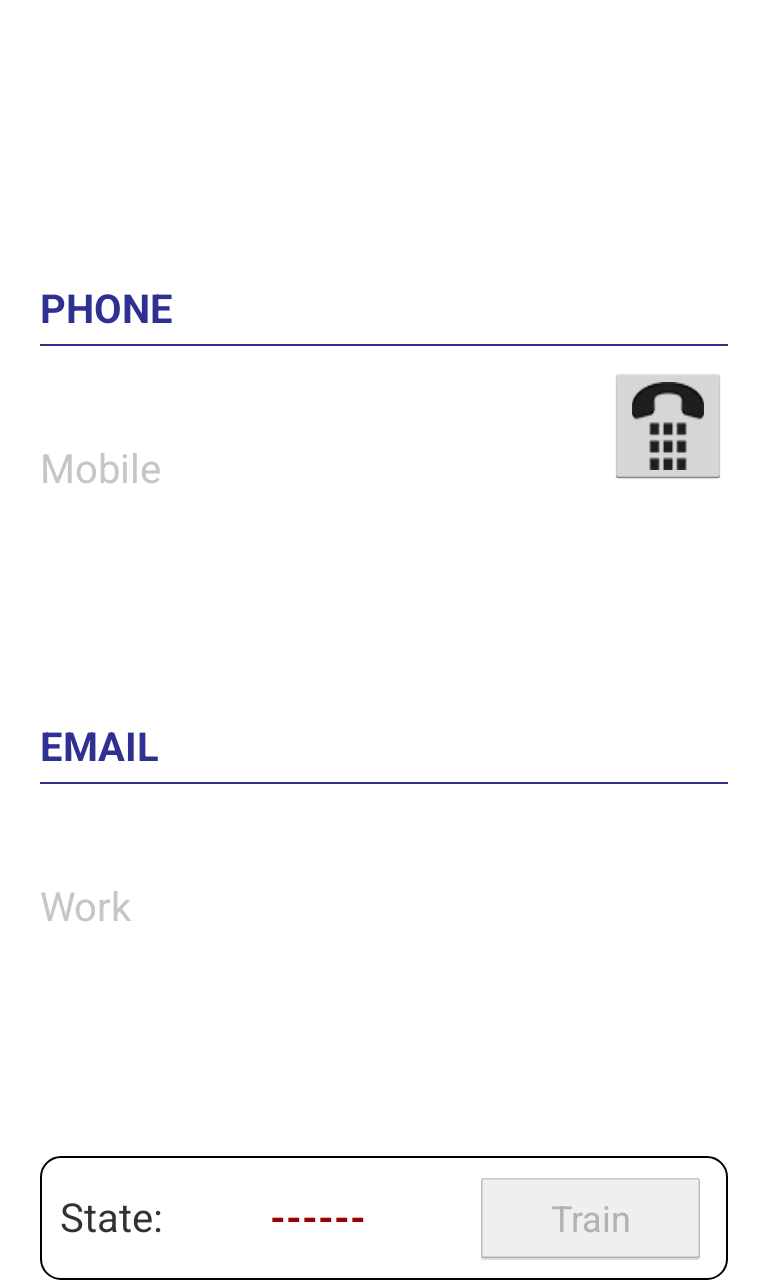
Repository: GitDidNotExitCleanly/FaceLabel
Layout: FaceLabel/res/layout/fragment_member_display.xml
The author's editor kept a copy of each file at every save. The layout is drawn from the files as they stood at one save, then again after the next save.
It is drawn on a 768 x 1280 px phone screen (xhdpi) without system bars, with theme AppTheme; the app's code is not run.

Above is the layout before, as saved 2015-05-12 17:16:47.

After the next save:
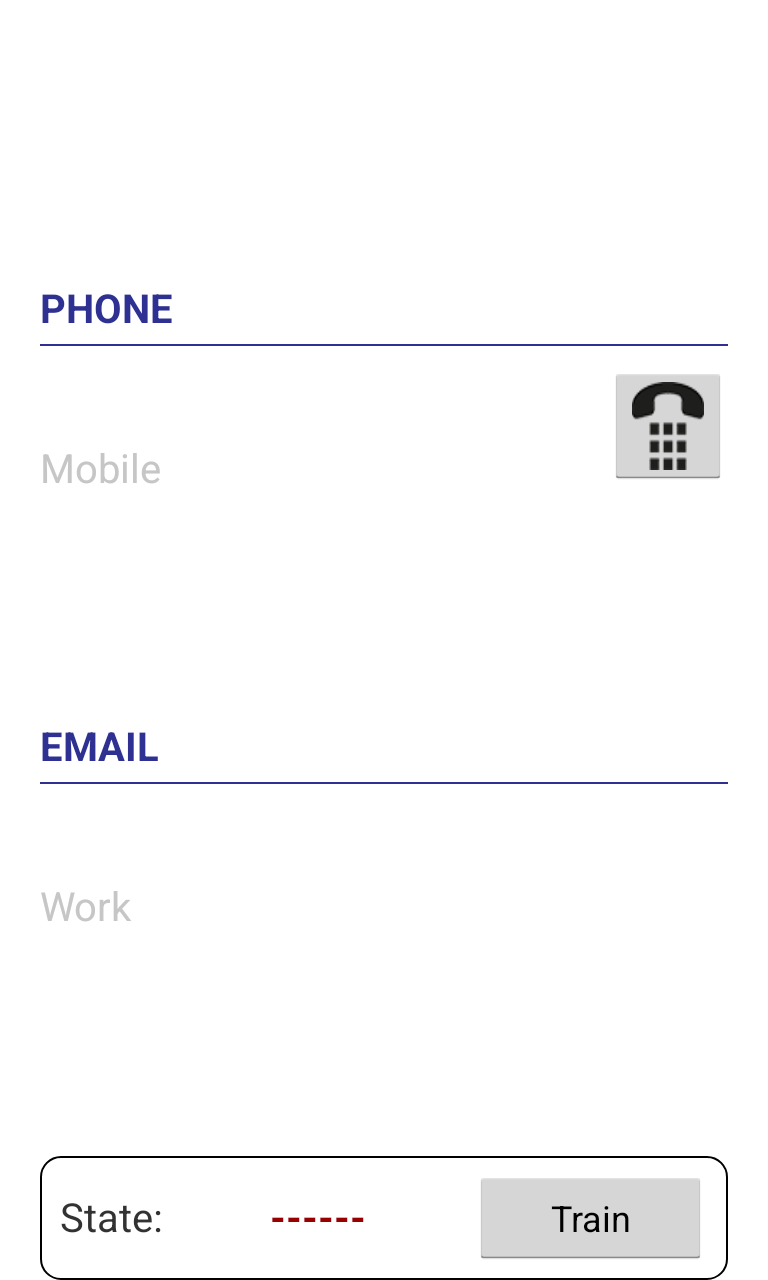
Saved 17 s later.
--- a/FaceLabel/res/layout/fragment_member_display.xml
+++ b/FaceLabel/res/layout/fragment_member_display.xml
@@ -165,7 +165,6 @@
             android:layout_width="wrap_content"
             android:layout_height="wrap_content"
             android:layout_weight="1"
-            android:enabled="false"
             android:text="Train" />
 
     </LinearLayout>
